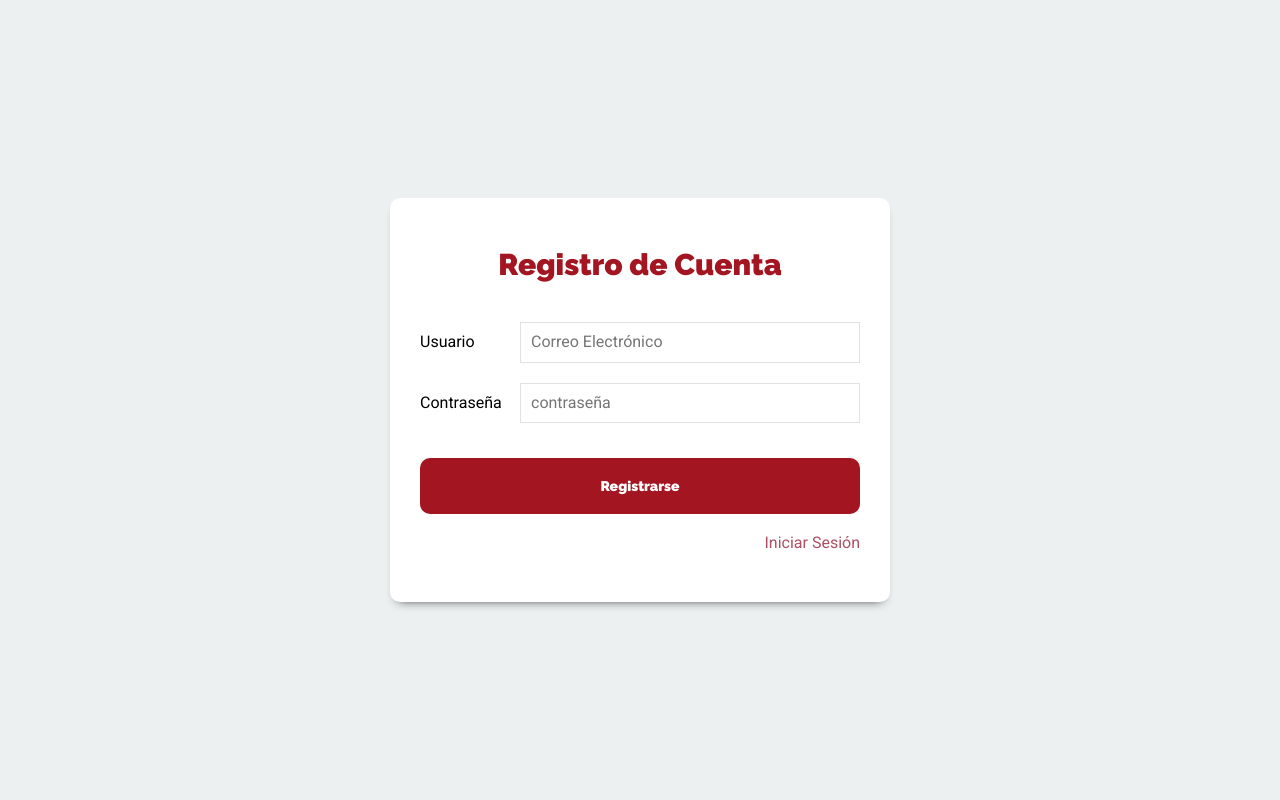
Repository: andrescovarrubias/admin-proyectos
Page: /nueva-cuenta (app in cliente/)
These files come from the project's save history. The page is drawn as it stood at one moment and after the next save; the edit follows.
The browser window is 1280 px wide. The pictures show the whole page.
The project was rebuilt for these pictures with package versions that can differ from the ones it lists, and the page was loaded fresh each time. Also part of the build but not shown: cliente/src/components/auth/Login.jsx, cliente/src/components/proyectos/Proyectos.jsx.

Above is the page before, as saved 2020-10-31 16:53:25.

After the next save:
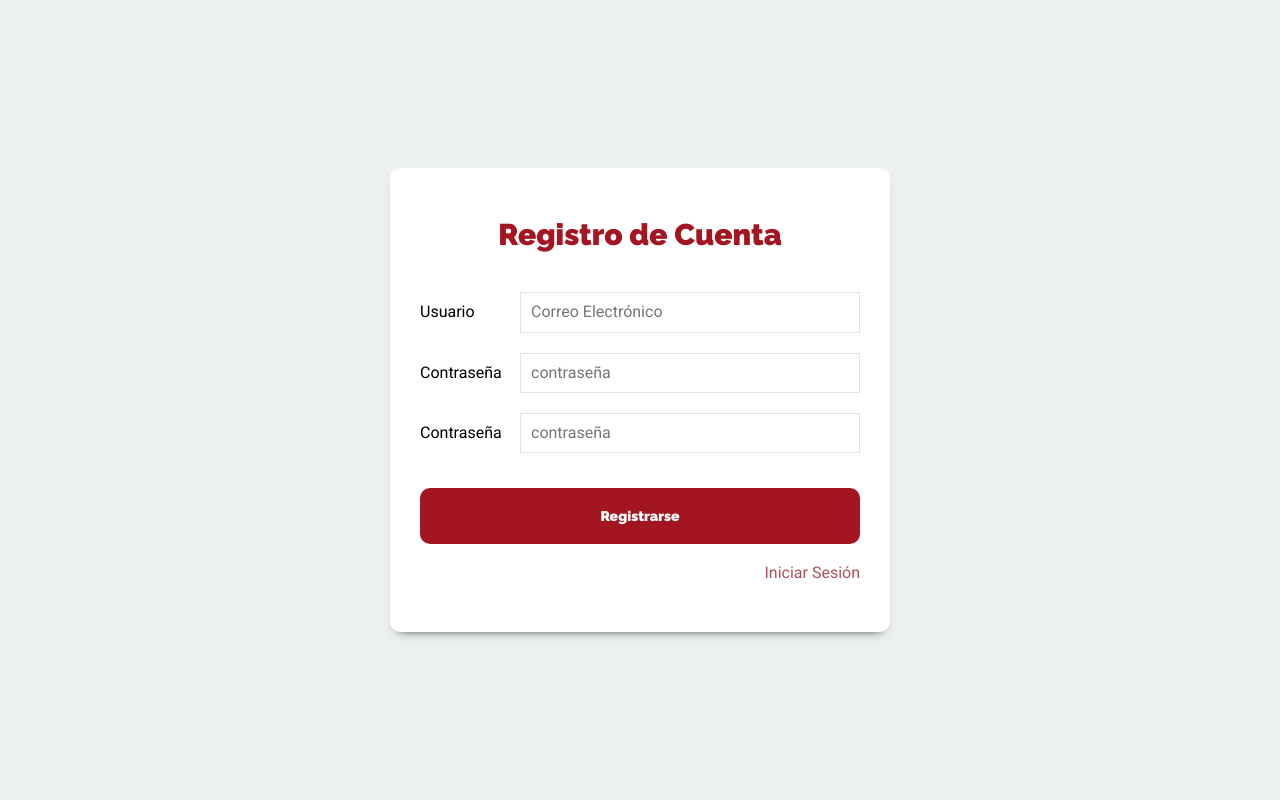
Saved 20 s later.
--- a/cliente/src/components/auth/NuevaCuenta.jsx
+++ b/cliente/src/components/auth/NuevaCuenta.jsx
@@ -64,6 +64,19 @@ const NuevaCuenta = () => {
                                    onChange={onChange}
                               />
                          </div>
+                         <div className="campo-form">
+                              <label htmlFor="password">Contraseña</label>
+                              <input
+                                   type="password"
+                                   id="password"
+                                   name="password"
+                                   placeholder="contraseña"
+                                   autocomplete="off"
+                                   value={password}
+                                   required
+                                   onChange={onChange}
+                              />
+                         </div>
 
                          <div className="campo-form">
                               <input type="submit" className=" btn btn-primario btn-block" value="Registrarse"/>
